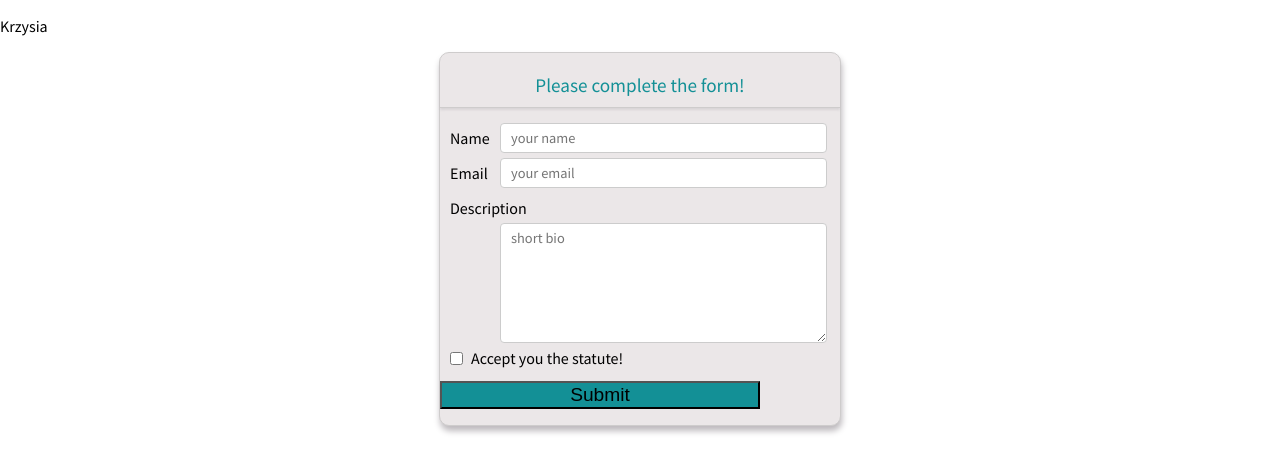
Repository: KrzysKolo/sr_tydzien4_zad2
Page: /
These files come from the project's save history. The page is drawn as it stood at one moment and after the next save; the edit follows.
The browser window is 1280 px wide. The pictures show the whole page.
The project was rebuilt for these pictures with package versions that can differ from the ones it lists, and the page was loaded fresh each time. Also part of the build but not shown: src/components/formComponents/ErrorMessage.js, src/components/formComponents/Message.js.

Above is the page before, as saved 2020-11-27 22:15:43.

### src/index.css
@import url("https://fonts.googleapis.com/css?family=Source+Sans+Pro");
body {
  margin: 0;
  font-family: "Source Sans Pro", sans-serif;
}

code {
  font-family: source-code-pro, Menlo, Monaco, Consolas, "Courier New",
    monospace;
}

### src/App.js
import React from 'react'
import Form from './components/Form';

function App() {
  return (
    <div>
      <p>Krzysia</p>
      <Form />
    </div>
  )
}

export default App

### src/components/Form.js
import React, { Component } from 'react';
import Input from './formComponents/Input';
import TextArea from './formComponents/TextArea';
import Checkbox from './formComponents/Checkbox';
import Button from './formComponents/Button';
import Header from './formComponents/Header';
import Message from './formComponents/Message';
import styled from 'styled-components';

const ContainerForm = styled.form`
width: 80%;
max-width: 400px;
background: rgb(235, 231, 232);
border: 1px solid rgb(206, 204, 204);
border-radius: 10px;
box-shadow: 1px 5px 6px rgb(189, 185, 189);
margin: 0 auto;
`;

class Form extends Component {

state = {
    Name: '',
    Email: '',
    Description: '',
    accept: false,
    message: '',
    errors: {
        Name: false,
        Email: false,
        Description: false,
        accept: false,
        }
}
message = {
    Name_incorrect: "Nazwa musi być dłuższa niż 5 znaków i nie może zawierać spacji",
    Email_incorrect: "Brak @ lub adres zawiera spacje",
    Description_incorrect: "Opis musi zawierać co najmniej 3 znaki",
    accept_incorrect: "Nie potwierdziłeś regulaminu",
}

handleChange = e =>{
    const inputName = e.target.name;
    const value = e.target.value;
    this.setState(prev => ({...prev, [inputName]: value}))
}
onSubmit = e => {
    e.preventDefault();
    const validation = this.formValidation();
    if(validation.correct) {
      this.setState({
        Name: "",
        Email: "",
        Description: '',
        accept: false,
        message: "The form has been submitted!",
        errors: {
          Name: false,
          Email: false,
          Description: false,
          accept: false,
        }
      })
    } else {
      this.setState({
        errors: {
          Name: !validation.Name,
          Email: !validation.Email,
          Description: !validation.Description,
          accept: !validation.accept,
        }
      })
    }
}

formValidation = () => {
    let Name = false;
    let Email = false;
    let Description = false;
    let accept = false;
    let correct = false;
    if(this.state.Name.length > 5) {
      Name = true;
    }
    if(this.state.Email.indexOf('@') !== -1 && this.state.Email.lastIndexOf(' ') === -1) {
      Email = true;
    }
    if(this.state.Description.length >= 3) {
      Description = true;
    }
    if(this.state.accept) {
      accept = true;
    }
    if (Name && Email && Description && accept){
        correct = true;
      }
   return ({
      Name,
      Email,
      Description,
      accept,
      correct,

    })

  }

    render () {

    return (
        <ContainerForm onSubmit={this.onSubmit} noValidate>
          <Header />
          <Input type="text" placeholder="your name" value={this.state.Name} name="Name" onChange={this.handleChange} errorInfo={this.state.errors.Name} message={this.message.Name_incorrect} />
          <Input type="email" placeholder="your email" value={this.state.Email} name="Email" onChange={this.handleChange} errorInfo={this.state.errors.Email} message={this.message.Email_incorrect} />
          <TextArea  rows="6" placeholder="short bio" value={this.state.Description} name="Description" onChange={this.handleChange} errorInfo={this.state.errors.Description} message={this.message.Description_incorrect} />
          <Checkbox  type="checkbox" name="accept" checked={this.state.accept}  onChange={this.handleChange} errorInfo={this.state.errors.accept} message={this.message.accept_incorrect} />
          <Button type="submit" />
          {this.state.message && <Message message={this.state.message} /> }
        </ContainerForm>
    )
    }
}

export default Form

### src/components/formComponents/Input.js
import React from 'react'
import styled from 'styled-components';
import ErrorMessage from './ErrorMessage';
const InputDiv = styled.div`
    display: flex;
    flex-direction: row;
    align-content: center;
    margin: 0 auto;
    padding-top: 5px;
`;
const InputLabel = styled.label`
    width: 10%;
    font-size: 1rem;
    padding: 5px 10px;
`;
const inputStyles = errorInfo => `
    width: 80%;
    max-width: 305px;
    padding: 5px 10px;
    border: 1px solid ${errorInfo ? '#d3170d' : '#ccc'};
    border-radius: 4px;
    font-family: inherit;
    font-size: 0.9rem;
`;
const InputError = styled.input`
    ${props => inputStyles(props.errorInfo)}
`;

const TextArea = (props) => {
    const { name, message, errorInfo }= props;
    return (
        <>
            <InputDiv>
                <InputLabel htmlFor={name} >{name} </InputLabel>
                <InputError id={name} {...props} errorInfo={errorInfo} message={message}/>
            </InputDiv>
            {errorInfo && <ErrorMessage message={message} /> }
        </>
    )

}

export default TextArea;

### src/components/formComponents/TextArea.js
import React from 'react'
import styled from 'styled-components';
import ErrorMessage from './ErrorMessage';

const TextAreaDiv = styled.div`
    display: flex;
    flex-direction: column;
    align-content: center;
    margin: 0 auto;
    padding-top: 5px;

`;
const TextAreaLabel = styled.label`
    width: 10%;
    font-size: 1rem;
    padding: 5px 10px;
`;
const textAreaStyles = errorInfo => `
    width: 80%;
    max-width: 305px;
    margin: 0 auto 0 15%;
    padding: 5px 10px;
    border: 1px solid ${errorInfo ? '#d3170d' : '#ccc'};
    border-radius: 4px;
    font-family: inherit;
    font-size: 0.9rem;

`;
const TextAreaError = styled.textarea`
    ${props => textAreaStyles(props.errorInfo)}
`;

const Input = (props) => {
    const { name, message, errorInfo }= props;
    return (
        <>
            <TextAreaDiv>
                <TextAreaLabel htmlFor={name}>{name} </TextAreaLabel>
                <TextAreaError id={name} {...props} errorInfo={errorInfo} message={message}/>
            </TextAreaDiv>
            {errorInfo && <ErrorMessage message={message} /> }
        </>
    )

}

export default Input;

### src/components/formComponents/Checkbox.js
import React from 'react'
import styled from 'styled-components';
import ErrorMessage from './ErrorMessage';

const CheckboxDiv = styled.div`
    display: flex;
    flex-direction: row;
    align-items: center;
    margin-bottom: -8px;

`;
const CheckboxLabel = styled.label`
    font-size: 1rem;
    padding: 5px;
`;

const CheckboxError = styled.input`
    margin-left: 10px;
`;

const Checkbox = (props) => {
    const { name, message, errorInfo }= props;
    return (
        <>
            <CheckboxDiv>
                <CheckboxError id={name} {...props} errorInfo={errorInfo} message={message}/>
                <CheckboxLabel htmlFor={name}> Accept you the statute! </CheckboxLabel>
            </CheckboxDiv>
            {errorInfo && <ErrorMessage message={message} /> }
        </>
    )

}

export default Checkbox;

### src/components/formComponents/Button.js
import React from 'react'
import styled from 'styled-components';

const BtnSubmit = styled.button`
    width: 80%;
    max-width: 350px;
    margin: 4% auto;
    background: rgb(19, 144, 150);
    font-size: 1.2rem;
`;

const Button = () => {
    return (
        <BtnSubmit>Submit</BtnSubmit>
    )
}

export default Button;

### src/components/formComponents/Header.js
import React from 'react';
import styled from 'styled-components';

const HeaderTitle = styled.header`
    border-bottom: 1px solid rgb(206, 204, 204);
    box-shadow: 0 2px 2px rgba(189, 185, 189, 0.4);
    color: rgb(19, 144, 150);
    font-size: 1.2rem;
    font-wight: 900;
    padding: 10px;
    margin: 10px auto;
    text-align: center;

`;

const Header = () => {
    return (
        <HeaderTitle>
            Please complete the form!
        </HeaderTitle>
    )
}

export default Header;

Loaded but not shown: public/index.html (common file); src/index.js (common file)

After the next save:
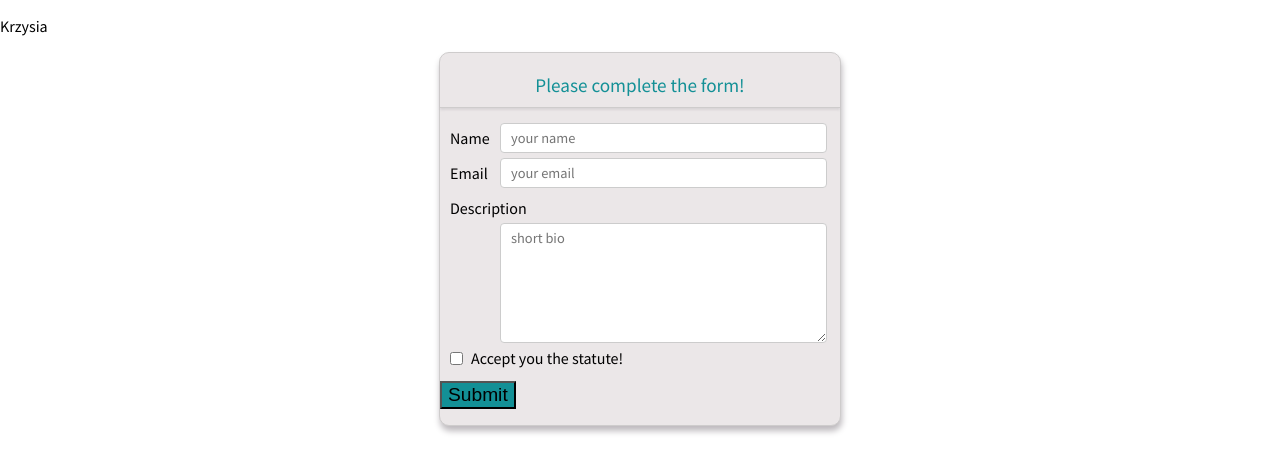
Saved 20 s later.
--- a/src/components/formComponents/Button.js
+++ b/src/components/formComponents/Button.js
@@ -2,8 +2,7 @@ import React from 'react'
 import styled from 'styled-components';
 
 const BtnSubmit = styled.button`
-    width: 80%;
-    max-width: 350px;
+
     margin: 4% auto;
     background: rgb(19, 144, 150);
     font-size: 1.2rem;
